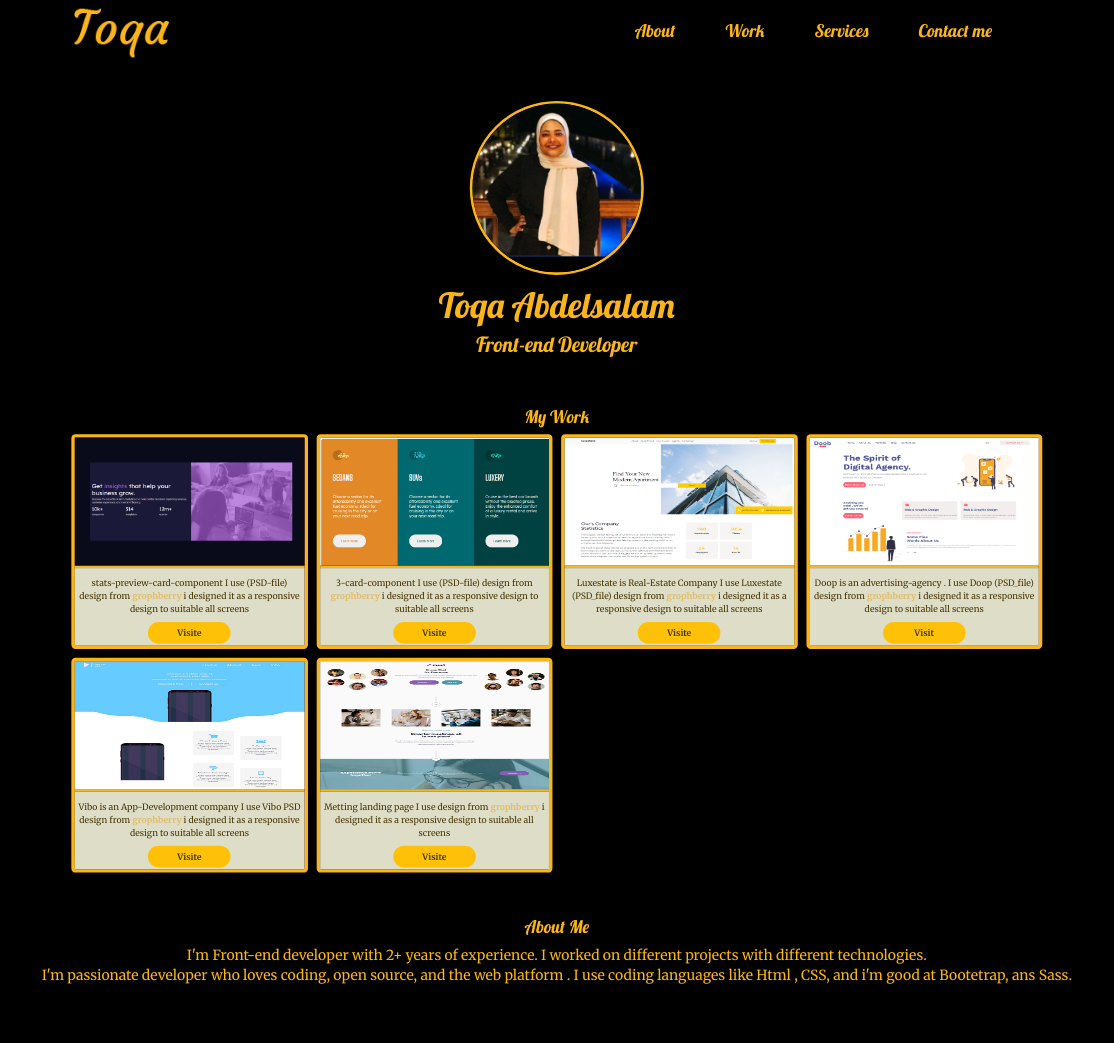
Repository: Toqa-25/portfolio
Page: index.html
These files come from the project's save history. The page is drawn as it stood at one moment and after the next save; the edit follows.
The browser window is 1280 px wide. The pictures show the whole page, at 87% of full size.
Some web fonts or font styles are not loaded; a fallback is used.

Above is the page before, as saved 2021-10-31 15:01:55.

### index.html
<!DOCTYPE html>
<html lang="en">
<head>
    <meta charset="UTF-8">
    <meta http-equiv="X-UA-Compatible" content="IE=edge">
    <meta name="viewport" content="width=device-width, initial-scale=1.0">
    <title>Toqa Portfolio</title>
      <!-- bootstrap file -->
      <link rel="stylesheet" href="css/all.min.css">
      <link rel="stylesheet" href="css/bootstrap.css">
      <!-- css file -->
      <link rel="stylesheet" href="css/style.css">
      <!-- fonts -->
      <link rel="preconnect" href="https://fonts.googleapis.com">
<link rel="preconnect" href="https://fonts.gstatic.com" crossorigin>
<link href="https://fonts.googleapis.com/css2?family=Lobster&family=Otomanopee+One&display=swap" rel="stylesheet">
<link rel="preconnect" href="https://fonts.googleapis.com">
<link rel="preconnect" href="https://fonts.gstatic.com" crossorigin>
<link href="https://fonts.googleapis.com/css2?family=Merriweather:ital,wght@0,300;0,400;0,700;0,900;1,300;1,400;1,700;1,900&display=swap" rel="stylesheet">
<link rel="preconnect" href="https://fonts.googleapis.com">
<link rel="preconnect" href="https://fonts.gstatic.com" crossorigin>
<link href="https://fonts.googleapis.com/css2?family=Bebas+Neue&family=Oswald:wght@200;300;400;500;600;700&display=swap" rel="stylesheet">
</head>
<body>
    <header class="section">
       <nav class="container">
           <img src="images/logo.png" alt="logo">
       <ul class="list">
           <li>About</li>
           <li>Work</li>
           <li>Services</li>
           <li>Contact me</li>
           <!-- <li>Reviews</li> -->
       </ul>
       <div role="navigation">
      <svg xmlns="http://www.w3.org/2000/svg" width="35" height="35" fill="#fbb519" class="bi bi-list" viewBox="0 0 16 16">
        <path fill-rule="evenodd" d="M2.5 12a.5.5 0 0 1 .5-.5h10a.5.5 0 0 1 0 1H3a.5.5 0 0 1-.5-.5zm0-4a.5.5 0 0 1 .5-.5h10a.5.5 0 0 1 0 1H3a.5.5 0 0 1-.5-.5zm0-4a.5.5 0 0 1 .5-.5h10a.5.5 0 0 1 0 1H3a.5.5 0 0 1-.5-.5z"/>
      </svg>
      <ul class="hidden">
        <li>About</li>
        <li>Work</li>
        <li>Services</li>
        <li>Contact me</li>
        <!-- <li>Reviews</li> -->
      </ul>
      </div>
    </nav>

    </header>
    <div class="my-image section">
      <div class="quik  " role="main">
        <div>
        <img src="images/toqa.jpg" alt=""><br>
        <h1>Toqa Abdelsalam</h1>
        <h4>Front-end Developer</h4>
      </div>
      </div>
    </div>

      <section class="section container work">
      <h5>My Work</h5>
      <div class="card-groups">
      <div class="project card" role="menu">
        <img src="images/toqa-25.github.io_stats-preview-card-component-main_.png" alt="">
        <p>stats-preview-card-component
      I use  (PSD-file) design from <span> <a href="https://www.frontendmentor.io/">grophberry</a></span>
  i designed it as a responsive design to suitable all screens <br>
  <button><a href="https://toqa-25.github.io/stats-preview-card-component-main/">Visite</a></button>
 </p>
 </div>
      <div class="project card" role="menu">
        <img src="images/toqa-25.github.io_3-cards-component3_.png" alt="">
        <p>3-card-component
      I use (PSD-file) design from <span> <a href="https://www.frontendmentor.io/">grophberry</a></span>
  i designed it as a responsive design to suitable all screens <br>
  <button><a href="https://toqa-25.github.io/3-cards-component/">Visite</a></button>
 </p>
 </div>
      <div class="project card" role="menu">
          <img src="images/destop-luxestate - Copy (1).png" alt="">
          <p>Luxestate is Real-Estate Company
        I use Luxestate (PSD_file) design from <span> <a href="https://www.graphberry.com/">grophberry</a></span>
    i designed it as a responsive design to suitable all screens <br>
    <button><a href="https://toqa-25.github.io/luxstate-project-/">Visite</a></button>
   </p>
   </div>
      <div class="project card" role="menu">
          <img src="images/web_design.png" alt="">
          <p>Doop is an advertising-agency .
        I use Doop (PSD_file) design from <span> <a href="https://www.graphberry.com/">grophberry</a></span>
    i designed it as a responsive design to suitable all screens <br>
    <button><a href="https://toqa-25.github.io/simply-agency/">Visit </a></button>
   </p>
   </div>
      <div class="project card" role="menu">
        <img src="images/Vibo_App(desktop)_toqa-25.github.io2.png" alt="">
          <p>Vibo is an App-Development company
        I use Vibo PSD design from <span> <a href="https://www.graphberry.com/">grophberry</a></span>
    i designed it as a responsive design to suitable all screens <br>
    <button><a href="https://toqa-25.github.io/vibo-app/">Visite</a></button>
   </p>
   </div>
   <div class="project card" role="menu">
    <img src="images/toqa-25.github.io_landing-meeting-page_desktop.png" alt="">
    <p>Metting landing page
  I use  design from <span> <a href="https://www.frontendmentor.io/">grophberry</a></span>
i designed it as a responsive design to suitable all screens <br>
<button><a href="https://toqa-25.github.io/landing-meeting-page/">Visite</a></button>
</p>
</div>
   </div>
      </section>

      <section class="section about">

          <h5>About Me</h5>
      <p> I'm Front-end developer with 2+ years of experience. I worked on different projects with different technologies. <br>
       I'm passionate developer who loves coding, open source, and the web platform .
       I use coding languages like Html , CSS, and i'm good at Bootetrap, ans Sass. </p>
      </section>

</body>
</html>

### css/style.css
/* Root value */
:root{
    --main-color:#fbb519;
    --section-padding:50px;
}
/* global value */
*{
    box-sizing: border-box;
    margin: 0;
    padding: 0;

}

/* my  style */
body{
    font-family: 'Merriweather', serif;
    background-color: black;
    /* font-family: 'Otomanopee One', sans-serif; */
    /* font-family: 'Oswald', sans-serif; */
    color:var(--main-color)
}
.section{
    padding-bottom: var(--section-padding);
}
.container
{
  width: 100%;
  padding-right: 0.75rem;
  padding-left: 0.75rem;
  margin-right: auto;
  margin-left: auto;
}
 .section h5{
    text-align: center;
    font-family: 'Lobster';

 }

@media (min-width: 576px) {
 .container {
    max-width: 540px;
  }
}
@media (min-width: 768px) {
   .container {
    max-width: 720px;
  }
}
@media (min-width: 992px) {
   .container {
    max-width: 960px;
  }
}
@media (min-width: 1200px) {
 .container {
    max-width: 1140px;
  }
}
@media (min-width: 1400px) {
   .container {
    max-width: 1320px;
  }
}
 /* start header part */
 header{
    font-family: 'Lobster', cursive;

   /* background-image: url(../images/ferenc-almasi-eYpcLDXHVb0-unsplash.jpg);
   background-size: cover;*/
 }
 nav{
      display: flex;
    justify-content: space-between;
    align-items: center;
    /* background-color: black; */
 }
  nav img{
     margin-top:10px;
 }
 nav .list{
     width: 50%;
    margin-top:20px;
    list-style: none;
    color:var(--main-color);
    display: flex;
    justify-content: space-evenly;
    cursor: pointer;
    font-size: 20px;
 }
 nav .list li:hover{
  /* padding:5px; */
  font-size: 30px;
 }
 nav .list li:hover{
  /* padding:5px; */
  font-size: 30px;
 }
 @media (max-width: 768px){
  nav .list {
      display: none;
  }
  div{
      display: block;
      padding: 15px;
  }
  .quik h2{
    font-size: 20px;
    line-height: 2rem;
  }
  .quik img{
    width: 100px;
    height: 100px;
 }
}
 @media (min-width: 768px){
     nav div{
         display: none;

     }
 }
 div:hover  .hidden {
     display: block;
     color:var(--main-color);
     position: absolute;
     right: 44px;
     top: 37px;
     background-color: #f5f5dc91;
     list-style: none;
     border-radius: 8px;
     padding: 10px;

 }
 .hidden{
    display: none;

}
.hidden li:hover{
 padding: 5px;
 font-size: 25px;
}
 .quik{
    color: var(--main-color);
    text-align: center;
    /* background-image: url(../images/mohammad-rahmani-8qEB0fTe9Vw-unsplash.jpg); */
    height: 300px;
    display: flex;
    align-items: center;
    justify-content: center;
    /* font-family: 'Bebas Neue', cursive; */
     /* font-family: 'Oswald', sans-serif; */
     font-family: 'Lobster', cursive;


 }
 .quik img{
     width: 200px;
     height: 200px;
     border:3px solid;
     border-radius: 50%;
     -webkit-border-radius: 50%;
     -moz-border-radius: 50%;
     -ms-border-radius: 50%;
     -o-border-radius: 50%;
     margin-bottom: 10px;
}
 h2{
    color: #dad3d3;
    text-transform: uppercase;
    line-height: 3rem;
 }
 span{
     color:var(--main-color)
 }
 .card-groups{
     display: grid;
    grid-template-columns:repeat(4,1fr);
    gap:10px;
 }
 .work h5{
    text-align: center;
    font-family: 'Lobster';
 }
.card {
    width: 100%;
    height: 100%;
    position: relative;
    display: flex;
    flex-direction: column;
    min-width: 0;
    word-wrap: break-word;
    background-color: black;
    background-clip: border-box;
    border: 4px solid var(--main-color);
    border-radius: 0.3rem;
}

.card img{
    max-width:100%;
    max-height: 150px;
    border-bottom: 3px solid;
}
.card img:hover{
   transform: scale(1.1);
   -webkit-transform: scale(1.1);
   -moz-transform: scale(1.1);
   -ms-transform: scale(1.1);
   -o-transform: scale(1.1);
}
.card p{
    margin-bottom: 1rem;
    background-color: black;
    font-size: 10px;
    padding: 2px;
    margin: 0px;
    margin-top: 0px;
    width: 100%;
    height: 100%;
    text-align: center;
    color:#483705;
    background-color: #f5f5dce8;
    padding-top: 10px;

}
.card p a{
    text-decoration: none;
    color: #e2bc66;
    font-weight: bolder;
}
.card p:hover{

}

.card button{
    width: 95px;
    text-align: center;
    background-color: #ffc107;
    border: none;
    border-radius: 15px;
    padding: 5px;
    margin-top: 7px;
}
.card button:hover{
    width:120px;
    padding: 10px;
}
.card button a{
    text-decoration: none;
    color: #483705;
}

.about{
    text-align: center;

}

Loaded but not shown: css/all.min.css (library); css/bootstrap.css (library)

After the next save:
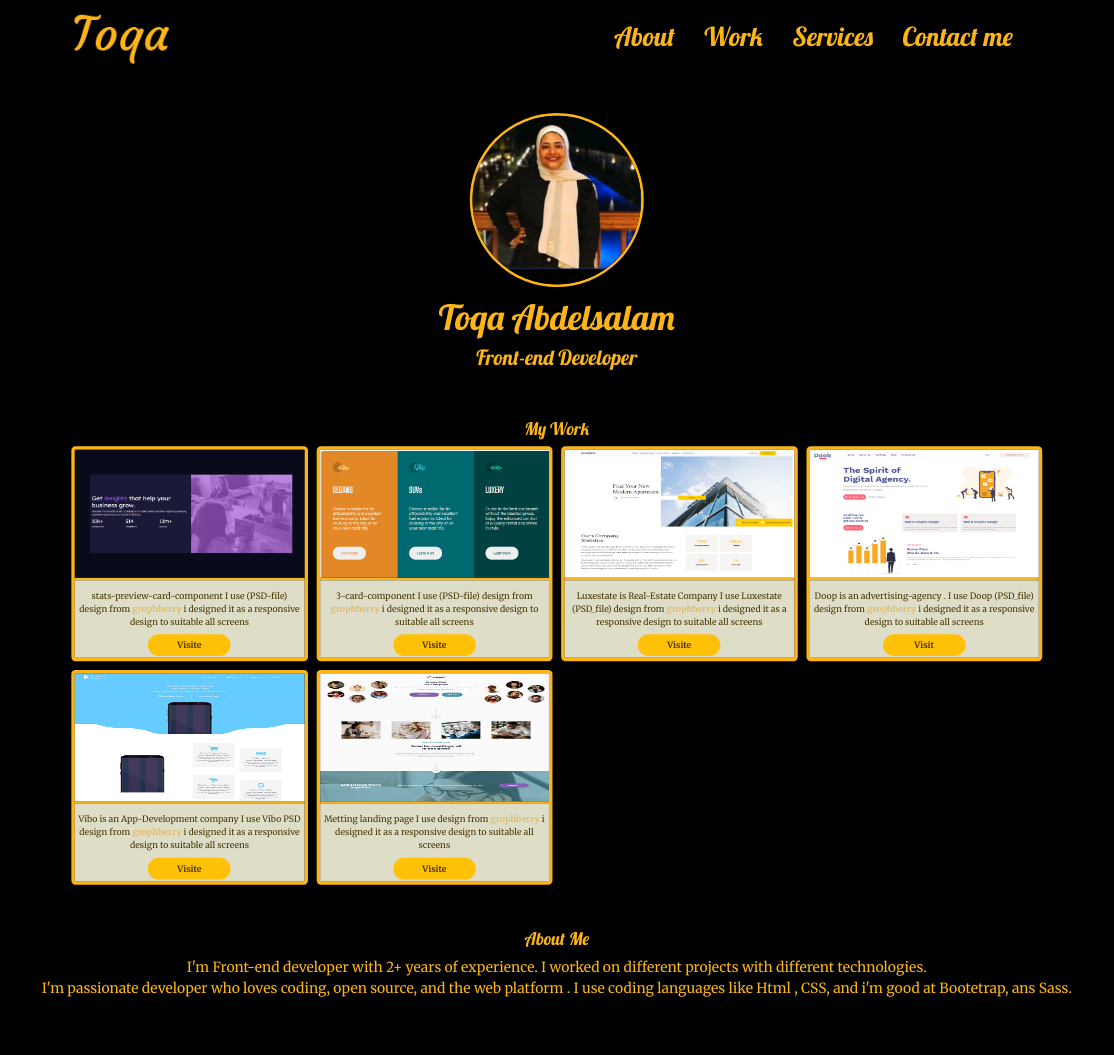
Saved 5 s later.
--- a/css/style.css
+++ b/css/style.css
@@ -87,7 +87,7 @@ body{
     cursor: pointer;
     font-size: 20px;
  }
- nav .list li:hover{
+ nav .list li{
   /* padding:5px; */
   font-size: 30px;
  }

After the save that followed:
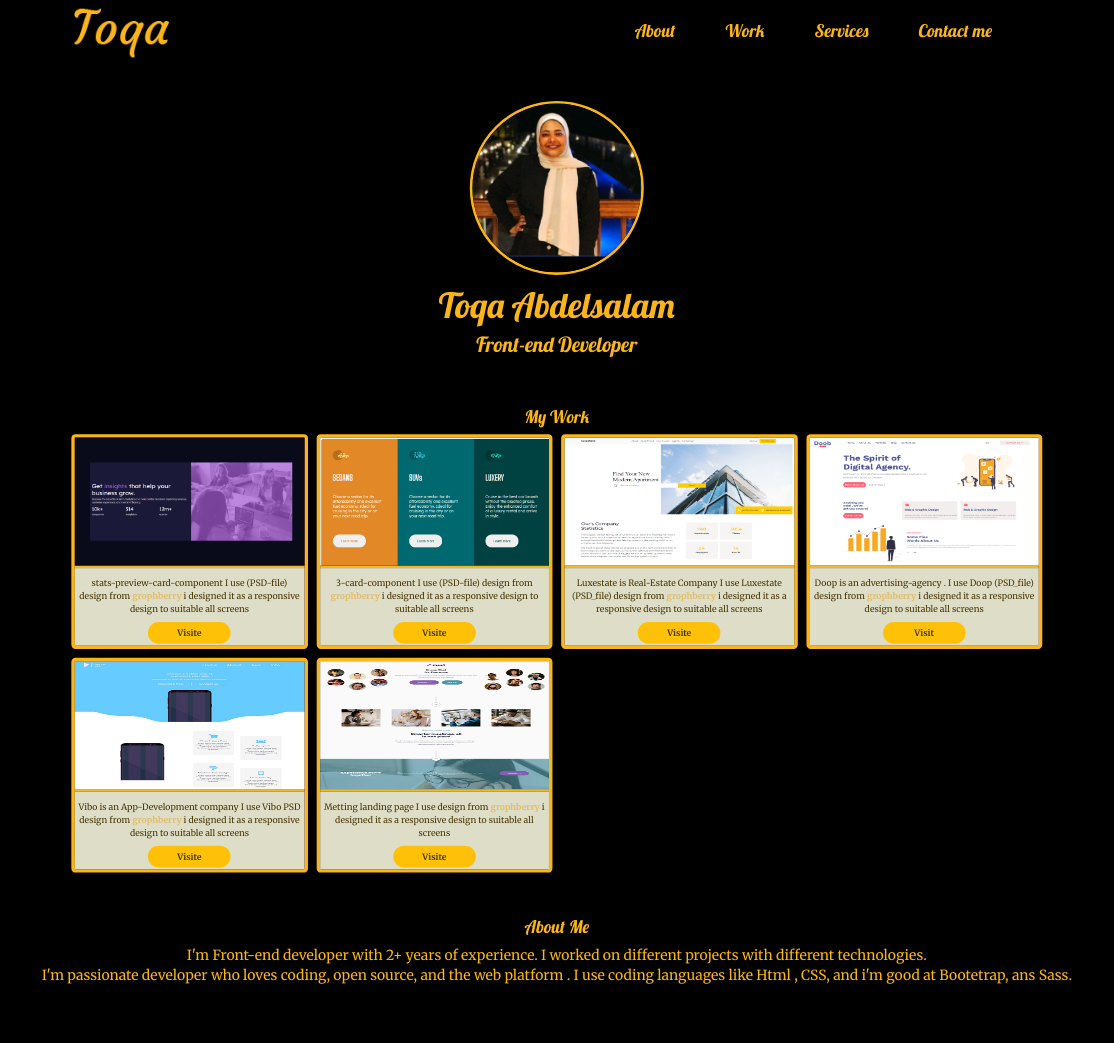
Saved 5 s later.
--- a/css/style.css
+++ b/css/style.css
@@ -88,7 +88,7 @@ body{
     font-size: 20px;
  }
  nav .list li{
-  /* padding:5px; */
+ /
   font-size: 30px;
  }
  nav .list li:hover{
